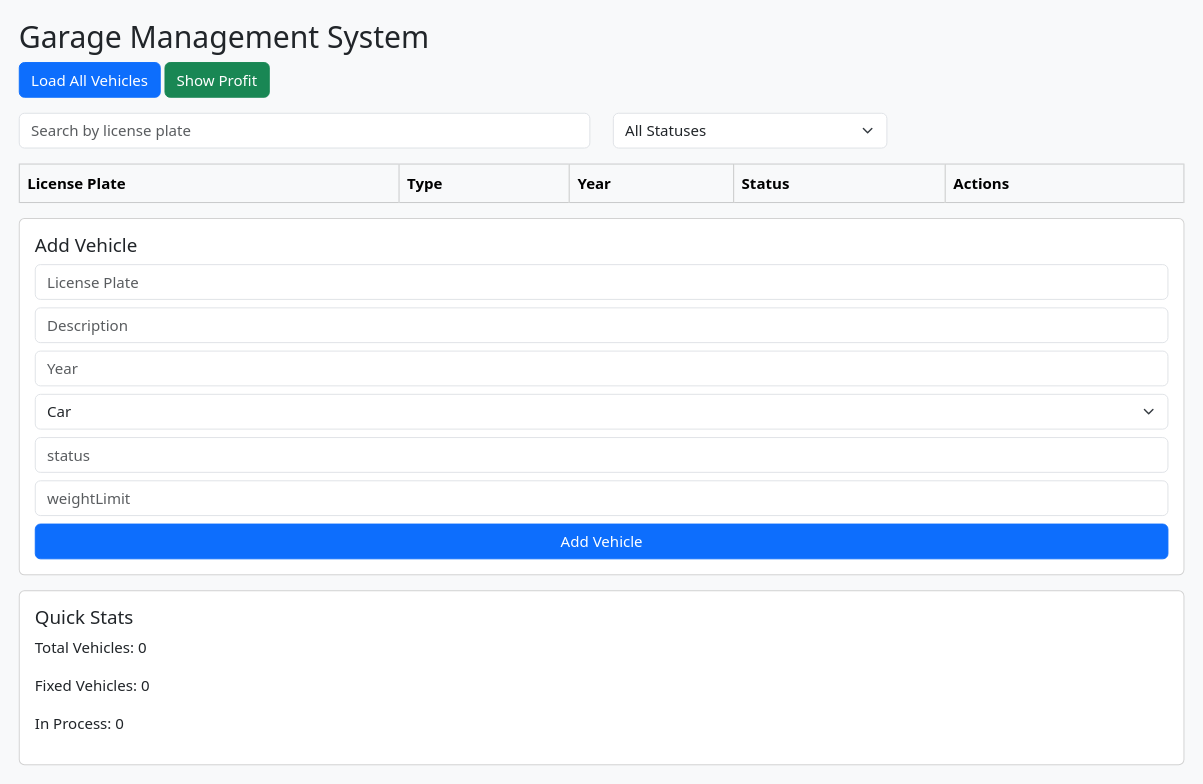
Repository: pravinpkadam444/garage-app
Page: garage-app/src/main/resources/static/index.html
The author's editor kept a copy of each file at every save. The page is drawn from the files as they stood at one save, then again after the next save.
The browser window is 1280 px wide. The pictures show the whole page, at 94% of full size.
The page's requests for data from a server got no answer.

Above is the page before, as saved 2025-12-07 11:21:40.

### garage-app/src/main/resources/static/index.html
<!DOCTYPE html>
<html lang="en">
<head>
    <meta charset="UTF-8">
    <title>Garage Management System</title>
    <link href="https://cdn.jsdelivr.net/npm/bootstrap@5.3.2/dist/css/bootstrap.min.css" rel="stylesheet">
    <style>
        body { padding: 20px; background: #f8f9fa; }
        table { margin-top: 15px; }
        tr:hover { background: #e9ecef; cursor: pointer; }
    </style>
</head>
<body>

<h2>Garage Management System</h2>

<div class="mb-3">
    <button class="btn btn-primary" onclick="loadVehicles()">Load All Vehicles</button>
    <button class="btn btn-success" onclick="showProfit()">Show Profit</button>
</div>

<!-- Search/filter -->
<div class="row mb-3">
    <div class="col-md-6">
        <input type="text" id="searchBox" class="form-control" placeholder="Search by license plate" onkeyup="loadVehicles()">
    </div>
    <div class="col-md-3">
        <select id="statusFilter" class="form-select" onchange="loadVehicles()">
            <option value="All">All Statuses</option>
            <option value="New">New</option>
            <option value="InProcess">In Process</option>
            <option value="Fixed">Fixed</option>
            <option value="Released">Released</option>
        </select>
    </div>
</div>

<!-- Vehicle Table -->
<table class="table table-bordered">
    <thead class="table-light">
        <tr>
            <th>License Plate</th>
            <th>Type</th>
            <th>Year</th>
            <th>Status</th>
            <th>Actions</th>
        </tr>
    </thead>
    <tbody id="vehicleTableBody"></tbody>
</table>

<!-- Vehicle Details -->
<div class="card mt-3" id="vehicleDetails" style="display:none;">
    <div class="card-body">
        <h5>Vehicle Details</h5>
        <ul id="detailsList"></ul>
    </div>
</div>

<!-- Add Vehicle Form -->
<div class="card mt-3 p-3">
    <h5>Add Vehicle</h5>
    <input id="addPlate" class="form-control mb-2" placeholder="License Plate">
    <input id="addDesc" class="form-control mb-2" placeholder="Description">
    <input id="addYear" type="number" class="form-control mb-2" placeholder="Year">
    <select id="addType" class="form-select mb-2">
        <option value="Car">Car</option>
        <option value="Motorcycle">Motorcycle</option>
        <option value="Truck">Truck</option>
    </select>
    <input id="addStatus" class="form-control mb-2" placeholder="status">
    <input id="addWeightLimit" class="form-control mb-2" placeholder="weightLimit">

    <button class="btn btn-primary" onclick="addVehicle()">Add Vehicle</button>
</div>

<!-- Quick Stats -->
<div class="card mt-3 p-3">
    <h5>Quick Stats</h5>
    <p>Total Vehicles: <span id="totalVehicles">0</span></p>
    <p>Fixed Vehicles: <span id="fixedVehicles">0</span></p>
    <p>In Process: <span id="inProcessVehicles">0</span></p>
</div>

<script>
    // Load all vehicles
    function loadVehicles(){
        fetch("/api/vehicle/getAll")
            .then(res => res.json())
            .then(data => {
                const keyword = document.getElementById("searchBox").value.toLowerCase();
                const statusFilter = document.getElementById("statusFilter").value;
                const filtered = data.filter(v =>
                    (statusFilter === "All" || v.status === statusFilter) &&
                    v.licensePlate.toLowerCase().includes(keyword)
                );
                renderTable(filtered);
                updateStats(data);
            });
    }

    // Render vehicle table
    function renderTable(list) {
        const tbody = document.getElementById("vehicleTableBody");
        tbody.innerHTML = "";
        list.forEach(v => {
            const row = document.createElement("tr");
            row.innerHTML = `
                <td>${v.licensePlate}</td>
                <td>${v.type}</td>
                <td>${v.year}</td>
                <td>${v.status}</td>
                <td><button onclick="viewDetails('${v.licensePlate}')" class="btn btn-sm btn-info">View</button></td>
            `;
            tbody.appendChild(row);
        });
    }

    // Update stats
    function updateStats(data) {
		//const addstatus = document.getElementById("addStatus").value;
        document.getElementById("totalVehicles").innerText = data.length;
        document.getElementById("fixedVehicles").innerText = data.filter(v => v.status === "Fixed").length;
        document.getElementById("inProcessVehicles").innerText = data.filter(v => v.status === "InProcess").length;
    }

    // View vehicle details
    function viewDetails(plate) {
        fetch(`/api/vehicle/search/${encodeURIComponent(plate)}`)
            .then(res => res.json())
            .then(v => {
				if (Array.isArray(v)) {
                	v = v[0];
            	}
                const detailsDiv = document.getElementById("vehicleDetails");
                const detailsList = document.getElementById("detailsList");
                detailsDiv.style.display = "block";
                detailsList.innerHTML = `
                    <li><B>License Plate</B>: ${v.licensePlate}</li>
                    <li><B>Description  </B>: ${v.description}</li>
                    <li><B>Year        </B> : ${v.year}</li>
                    <li><B>Type         </B>: ${v.type}</li>
                    <li><B>Status       </B> : ${v.status}</li>
                    <li><B>WeightLimit  </B>: ${v.weightLimit}</li>
                `;
            }).then(v => {
            console.log("API response:", v); // <-- SEE WHAT IT RETURNS
        });
    }

    // Add vehicle
    function addVehicle() {
        const vehicle = {
            licensePlate: document.getElementById("addPlate").value,
            description: document.getElementById("addDesc").value,
            year: parseInt(document.getElementById("addYear").value),
            type: document.getElementById("addType").value,
             status: document.getElementById("addStatus").value,
             weightLimit:document.getElementById("addWeightLimit").value
        };
        fetch("/api/vehicle/add", {
            method: "POST",
            headers: {"Content-Type": "application/json"},
            body: JSON.stringify(vehicle)
        }).then(() => {
            loadVehicles();
            alert("Vehicle added successfully!");
        });
    }

    // Show profit
    function showProfit() {
        fetch("/api/vehicle/profit")
            .then(res => res.text())
            .then(profit => alert("Total Profit: $" + profit));
    }

    // Initial load
    window.onload = loadVehicles;

</script>

</body>
</html>

After the next save:
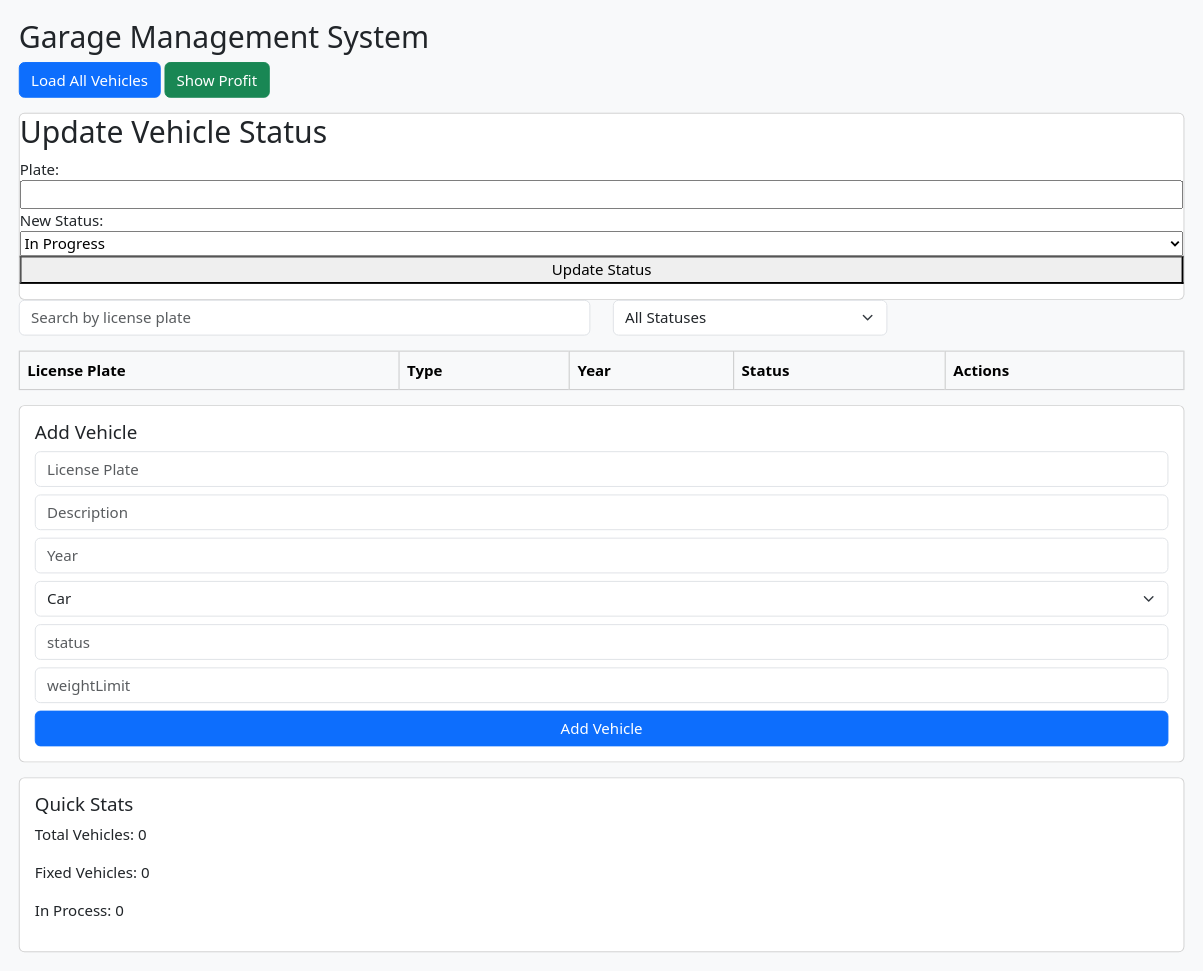
Saved 12 min 34 s later.
--- a/garage-app/src/main/resources/static/index.html
+++ b/garage-app/src/main/resources/static/index.html
@@ -18,7 +18,23 @@
     <button class="btn btn-primary" onclick="loadVehicles()">Load All Vehicles</button>
     <button class="btn btn-success" onclick="showProfit()">Show Profit</button>
 </div>
-
+<!-- Update Status -->
+	<div class="card">
+	    <h2>Update Vehicle Status</h2>
+	    <label>Plate:</label>
+	    <input type="text" id="updPlate">
+
+	    <label>New Status:</label>
+	    <!--<input type="text" id="updStatus">-->
+		<select id="updStatus">
+            <option value="InProgress">In Progress</option>
+            <option value="Fixed">Fixed</option>
+            <option value="Released">Released</option>
+        </select>
+
+	    <button onclick="updateStatus()">Update Status</button>
+	    <pre id="updResult"></pre>
+	</div>
 <!-- Search/filter -->
 <div class="row mb-3">
     <div class="col-md-6">
